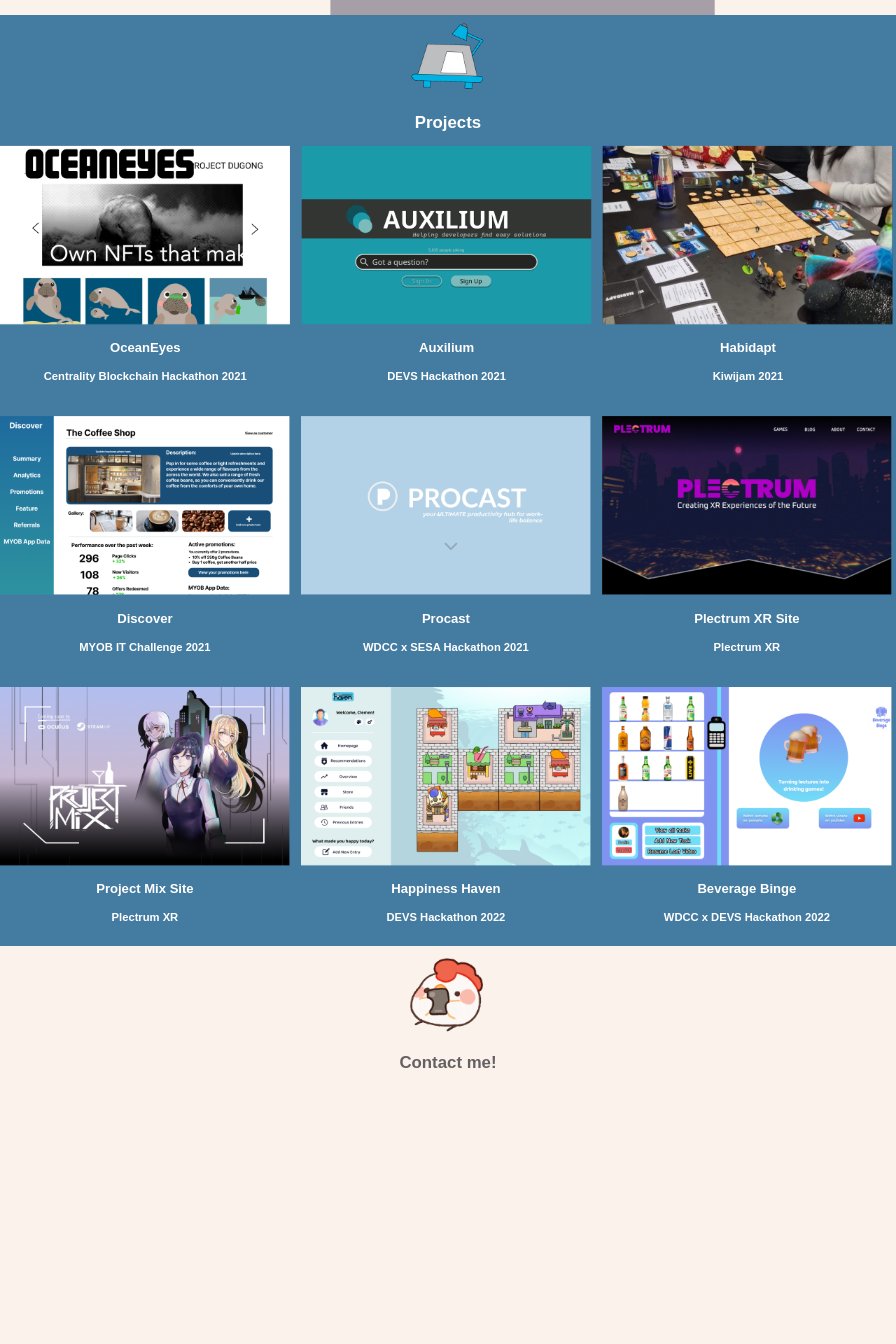
Repository: lukisoo/lukisoo-portfolio
Page: /
An editor plug-in stored every save of this project. The page is shown before and after a run of saves, followed by the edit.
The browser window is 1280 px wide. The pictures show the part of the page from y = 1418 to 3338 px (the page is 3490 px tall), at 70% of full size.
The project was rebuilt for these pictures with package versions that can differ from the ones it lists, and the page was loaded fresh each time.

Above is the page before, as saved 2022-07-31 17:25:03.

After the next 2 saves:
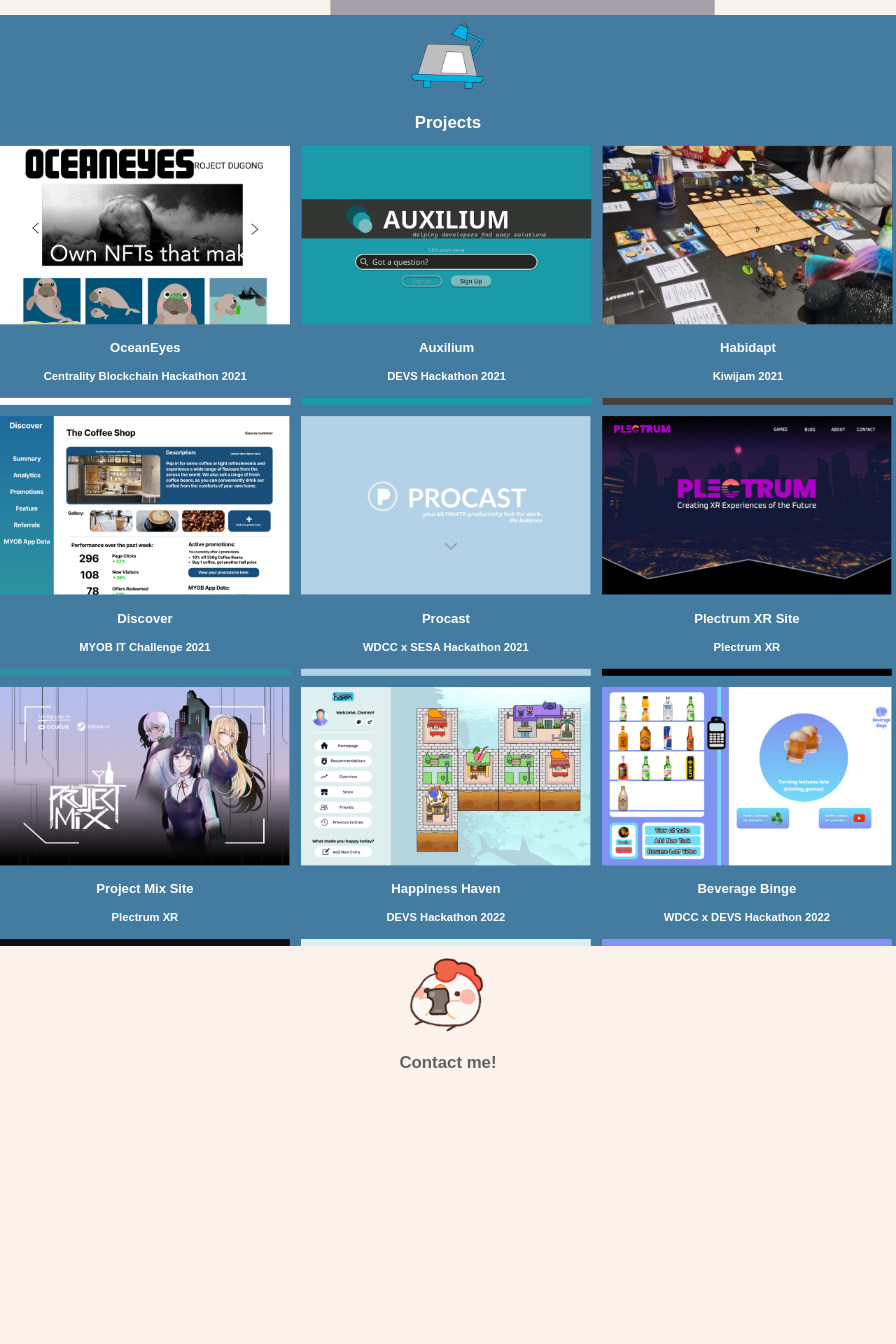
The 2 saves are shown as one change because 1 did not build or start.
The last was saved 48 s later.
--- a/src/App.js
+++ b/src/App.js
@@ -202,7 +202,7 @@
               <img src={Project.header} alt={Project.title}/>
                 <h3>{Project.title}</h3>
                 <h4>{Project.affiliation}</h4>
-                <div className="project-bottom-bar"></div>
+                <div className="project-bottom-bar" style={{backgroundColor: Project.color}}></div>
               </Grid>
             ))}
           </Grid>
